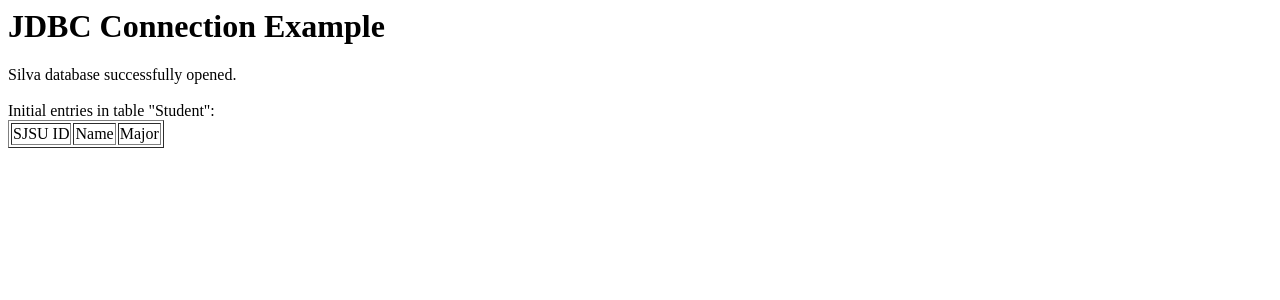
Repository: dannie-su-sjsu/CS157A-team6
Page: http://localhost/ToMovie/JDBCdemo.jsp
These files come from the project's save history. The page is drawn as it stood at one moment and after the next save; the edit follows.
The browser window is 1280 px wide. The pictures show the whole page.
The page is served by Tomcat 9. Queries for data that is not in the repository find no rows.

Above is the page before, as saved 2023-07-11 07:30:19.

After the next save:
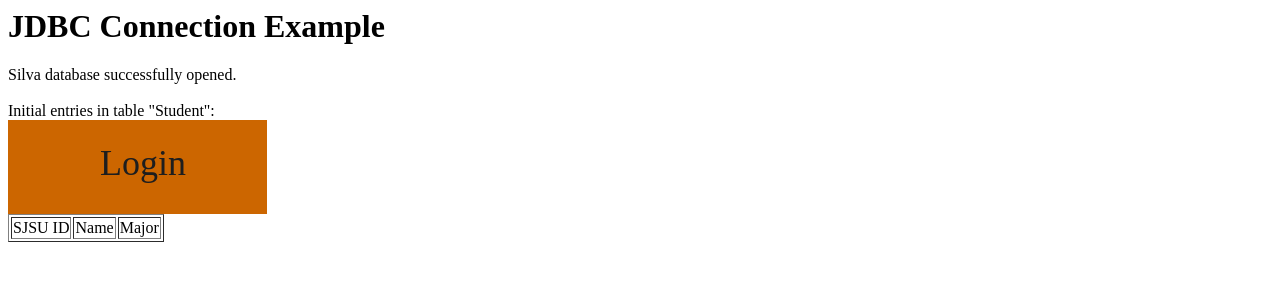
Saved 16 min 1 s later.
--- a/ToMovie/src/main/webapp/JDBCdemo.jsp
+++ b/ToMovie/src/main/webapp/JDBCdemo.jsp
@@ -1,4 +1,5 @@
 <%@ page import="java.sql.*"%>
+<style><%@include file="/WEB-INF/css/style.css"%></style>
 <html>
   <head>
     <title>ToMovie Main Page</title>
@@ -37,5 +38,9 @@
             out.println("SQLException caught: " + e.getMessage());
         }
     %>
+  	<div class="Login" style="width: 259px; height: 94px; position: relative">
+  	<div class="Rectangle1" style="width: 259px; height: 94px; left: 0px; top: 0px; position: absolute; background: #CC6600"></div>
+  	<div class="Login" style="left: 92px; top: 22px; position: absolute; text-align: center; color: #1E1E1E; font-size: 36px; font-family: Jockey One; font-weight: 400; word-wrap: break-word">Login</div>
+	</div>
   </body>
 </html>
